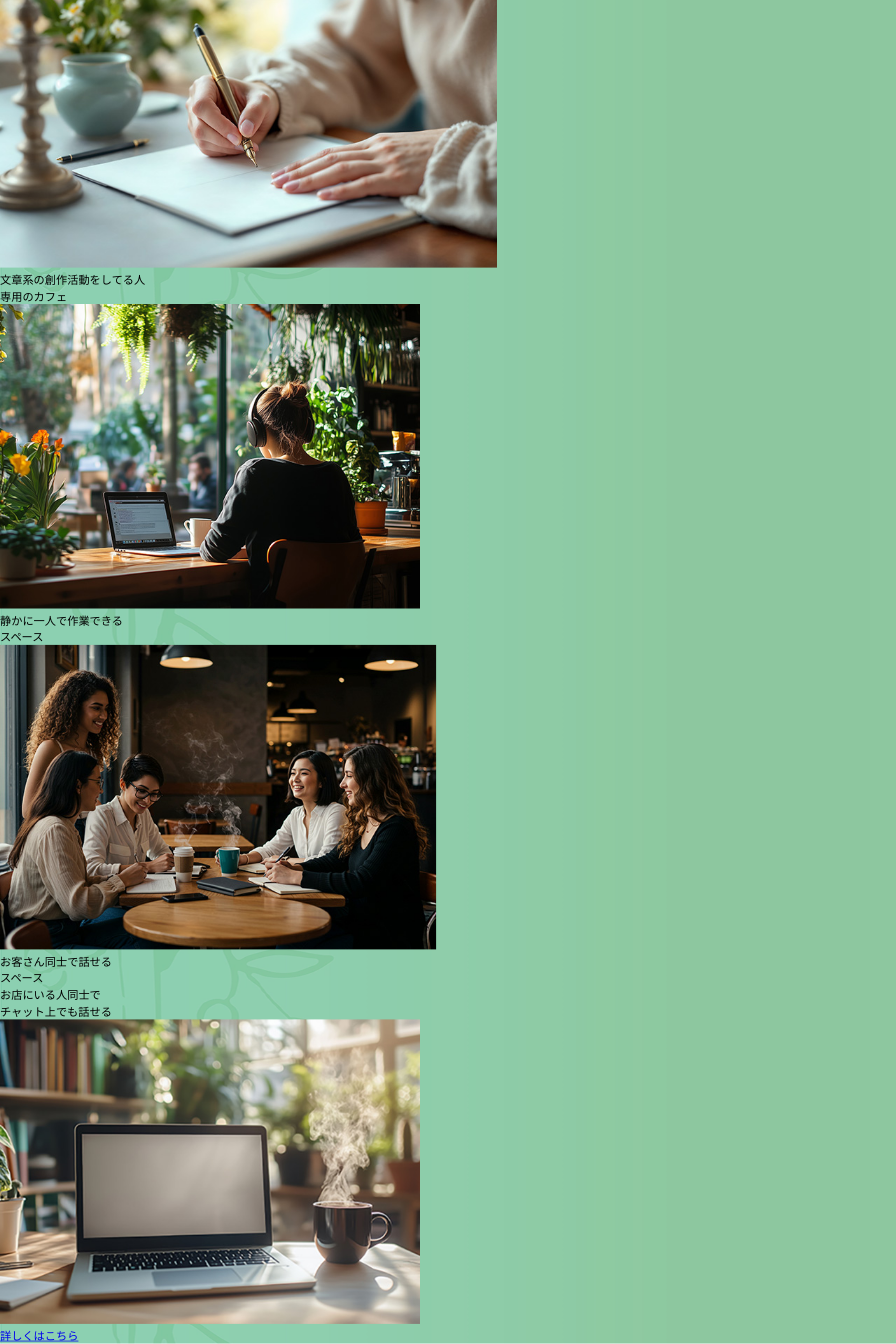
Repository: saka-kou/GardenStory
Page: index.html
These files come from the project's save history. The page is drawn as it stood at one moment and after the next save; the edit follows.
The browser window is 1280 px wide. The pictures show the part of the page from y = 445 to 2365 px (the page is 2365 px tall before and 2353 px after), at 70% of full size.
A picture or video elsewhere on the page could not be fetched, so the positions and the page height are approximate.

Above is the page before, as saved 2025-07-23 16:56:55.

After the next save:
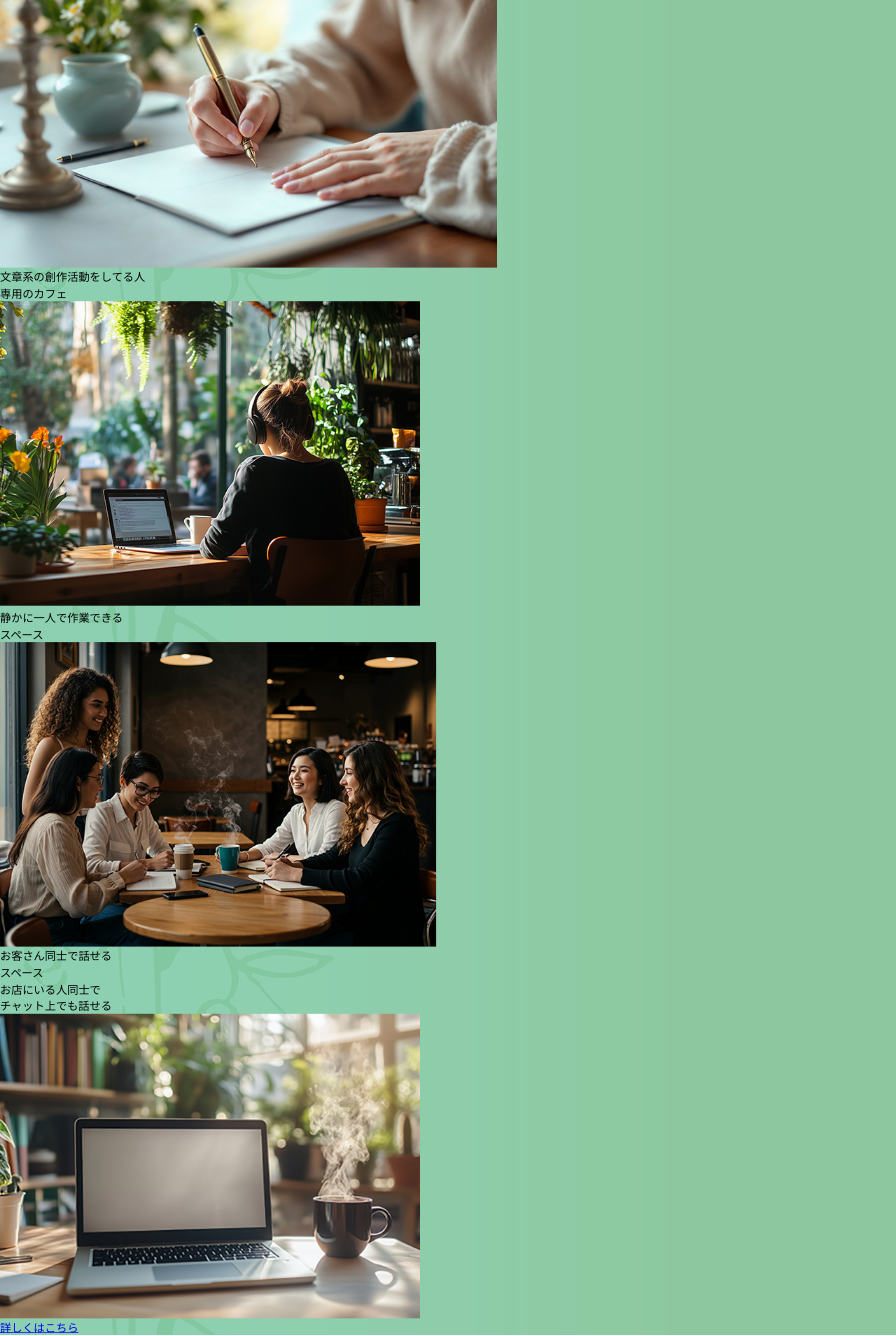
Saved 63 s later.
--- a/css/index.css
+++ b/css/index.css
@@ -12,3 +12,9 @@
     width: 100%;
     background-color: rgba(171, 215, 183, 0.45);
 }
+.leftimg{
+    display: flex;
+}
+.rightimg{
+    display: flex;
+}
